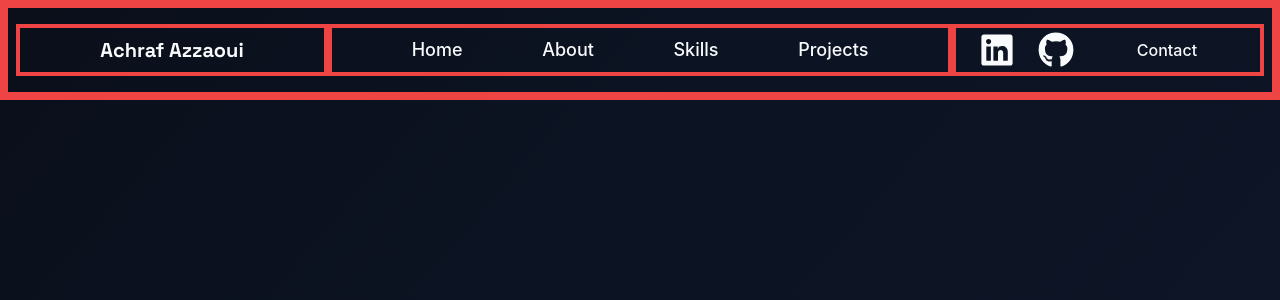
Repository: AchrafAzzaoui/Portfolio-Website
Page: / (app in achrafs-portfolio/)
These files come from the project's save history. The page is drawn as it stood at one moment and after the next save; the edit follows.
The browser window is 1280 px wide. The pictures show the whole page.
Some web fonts or font styles are not loaded; a fallback is used. The project was rebuilt for these pictures with package versions that can differ from the ones it lists, and the page was loaded fresh each time. Also part of the build but not shown: achrafs-portfolio/vite.config.ts.

Above is the page before, as saved 2025-01-02 22:03:41.

After the next save:
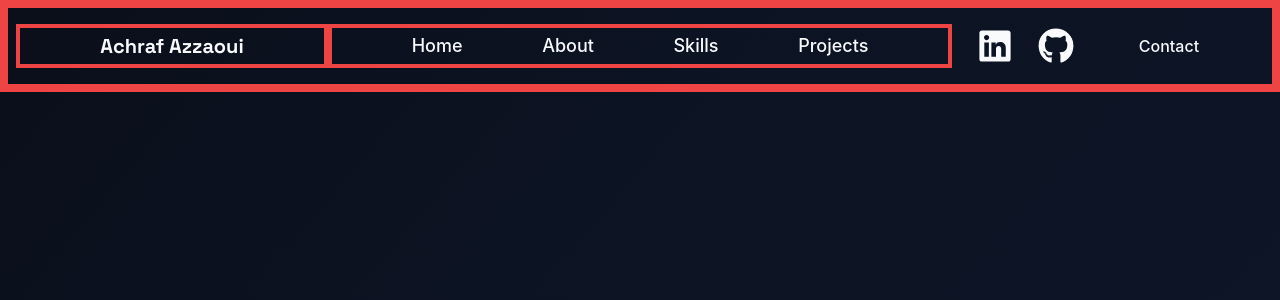
Saved 18 s later.
--- a/achrafs-portfolio/src/components/layout/Header.tsx
+++ b/achrafs-portfolio/src/components/layout/Header.tsx
@@ -37,7 +37,7 @@
             Projects
           </a>
         </div>
-        <div className="basis-1/4 flex-auto flex justify-evenly items-center border-4 border-red-500">
+        <div className="basis-1/4 flex-auto flex justify-evenly items-center ">
           <RxLinkedinLogo className="text-4xl rounded-sm text-dark-text-primary" />
           <FaGithub className="text-4xl rounded-full text-dark-text-primary" />
           <button className="px-10 py-2.5 border-2 border-dark-text-primary rounded-md text-dark-text-primary font-sans font-medium">

After the save that followed:
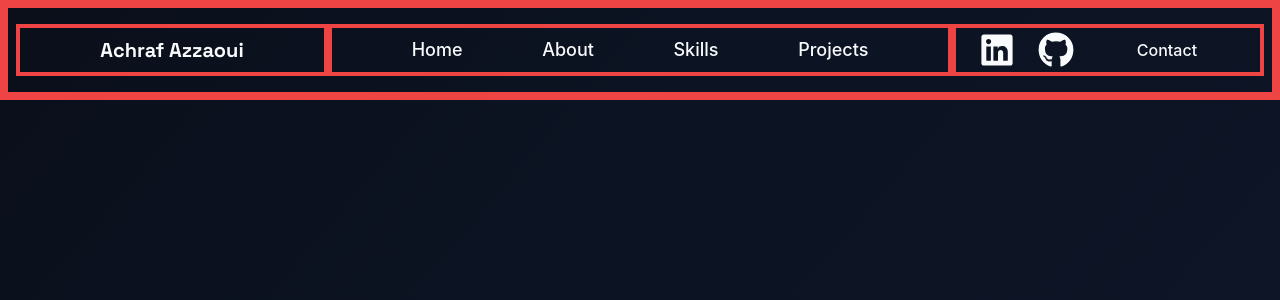
Saved 4 s later.
--- a/achrafs-portfolio/src/components/layout/Header.tsx
+++ b/achrafs-portfolio/src/components/layout/Header.tsx
@@ -37,7 +37,7 @@
             Projects
           </a>
         </div>
-        <div className="basis-1/4 flex-auto flex justify-evenly items-center ">
+        <div className="basis-1/4 flex-auto flex justify-evenly items-center border-4 border-red-500">
           <RxLinkedinLogo className="text-4xl rounded-sm text-dark-text-primary" />
           <FaGithub className="text-4xl rounded-full text-dark-text-primary" />
           <button className="px-10 py-2.5 border-2 border-dark-text-primary rounded-md text-dark-text-primary font-sans font-medium">
